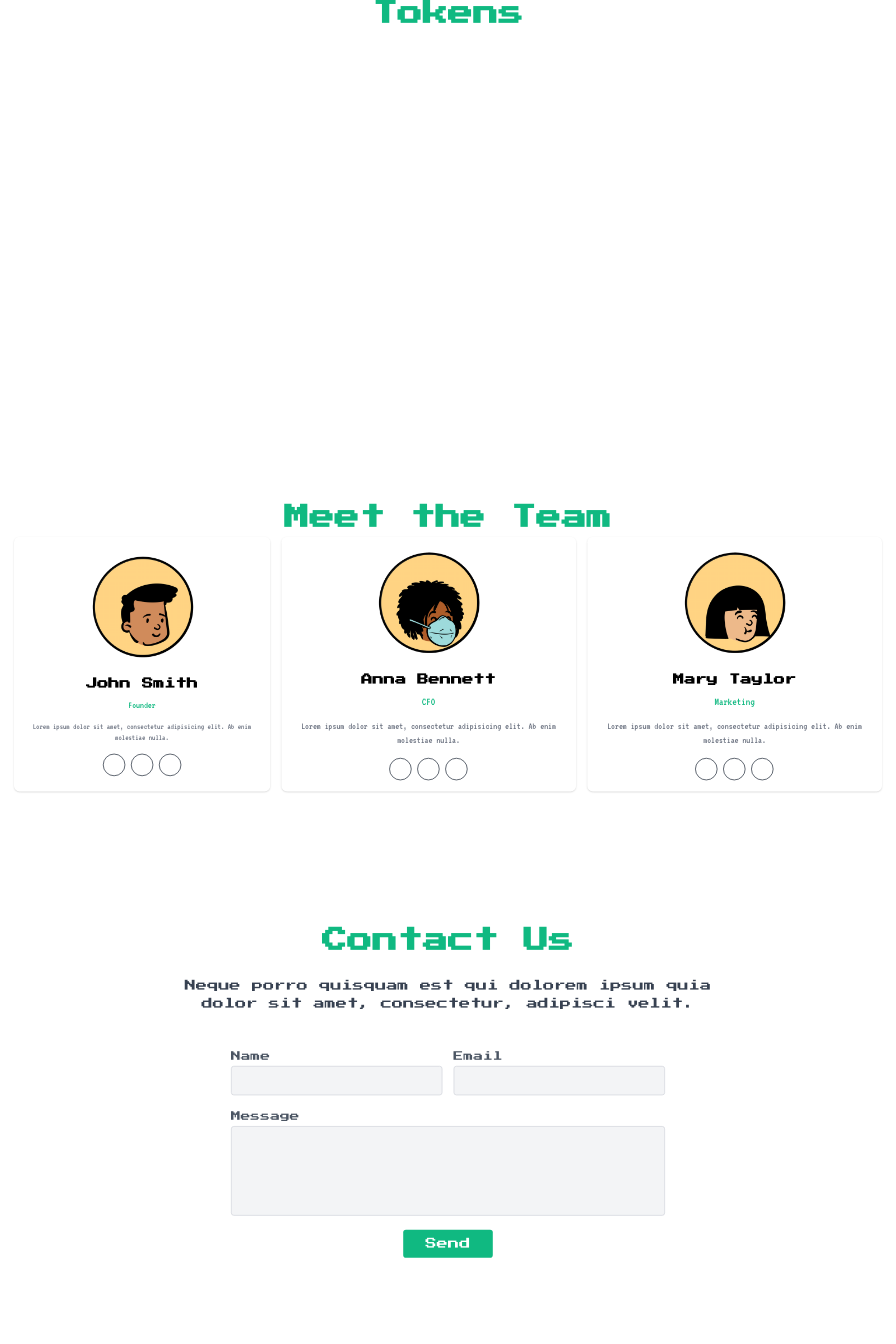
Repository: rhinorphan/phat-landing-page
Page: /
The author's editor kept a copy of each file at every save. The page is drawn from the files as they stood at one save, then again after a run of saves.
The browser window is 1280 px wide. The pictures show the part of the page from y = 2054 to 3974 px (the page is 4148 px tall), at 70% of full size.
The project was rebuilt for these pictures with package versions that can differ from the ones it lists, and the page was loaded fresh each time. Also part of the build but not shown: craco.config.js.

Above is the page before, as saved 2021-11-17 23:11:09.

After the next 2 saves:
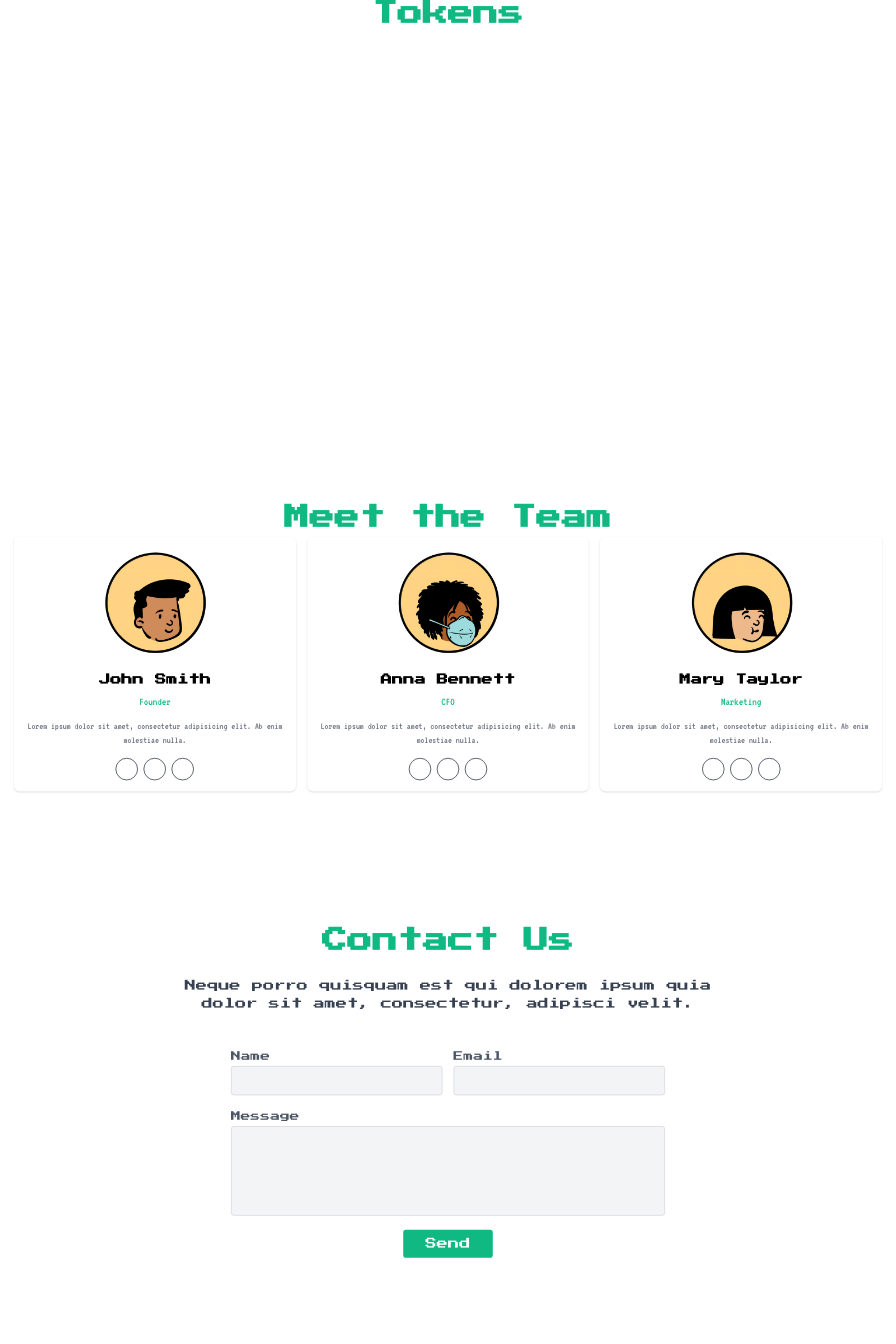
The 2 saves are shown as one change because they came seconds apart.
The last was saved 17 s later.
--- a/src/components/About.js
+++ b/src/components/About.js
@@ -18,9 +18,9 @@ function About() {
 				</div>
 
 				<h2 class="mt-4 font-bold text-l">John Smith</h2>
-				<h6 class="mt-2 text-sm font-medium text-green-500 normalText">Founder</h6>
+				<h6 class="mt-2 text-md font-medium text-green-500 normalText">Founder</h6>
 
-				<p class="text-xs text-gray-500 text-center mt-3 normalText">
+				<p class="text-sm text-gray-500 text-center mt-3 normalText">
 					Lorem ipsum dolor sit amet, consectetur adipisicing elit. Ab enim molestiae nulla.
 				</p>
 
